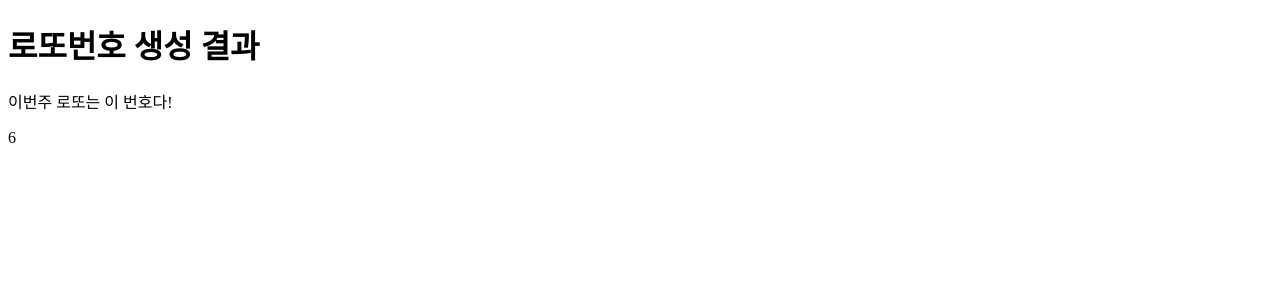
Repository: HeeMang28/jsp
Page: http://localhost/JSPBasic/jsptag/tag_quiz03.jsp
The author's editor kept a copy of each file at every save. The page is drawn from the files as they stood at one save, then again after the next save.
The browser window is 1280 px wide. The pictures show the whole page.
The page is served by Tomcat 9.

Above is the page before, as saved 2022-03-24 08:46:06.

After the next save:
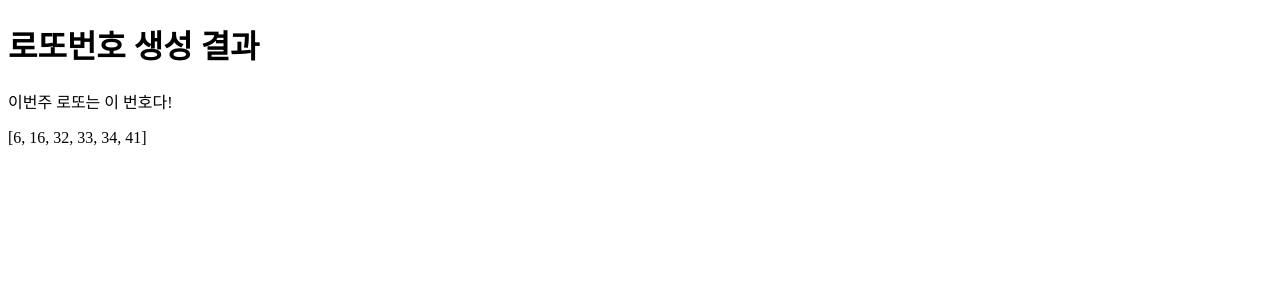
Saved 102 s later.
--- a/JSPBasic/src/main/webapp/jsptag/tag_quiz03.jsp
+++ b/JSPBasic/src/main/webapp/jsptag/tag_quiz03.jsp
@@ -19,9 +19,10 @@
 			lotto.add(getNum);
 		}
 	}
+	Collections.sort(lotto);
 %>
 	<h1> 로또번호 생성 결과 </h1>
 	<p> 이번주 로또는 이 번호다! </p>
-	<%= getNum %>
+	<%= lotto %>
 </body>
 </html>
